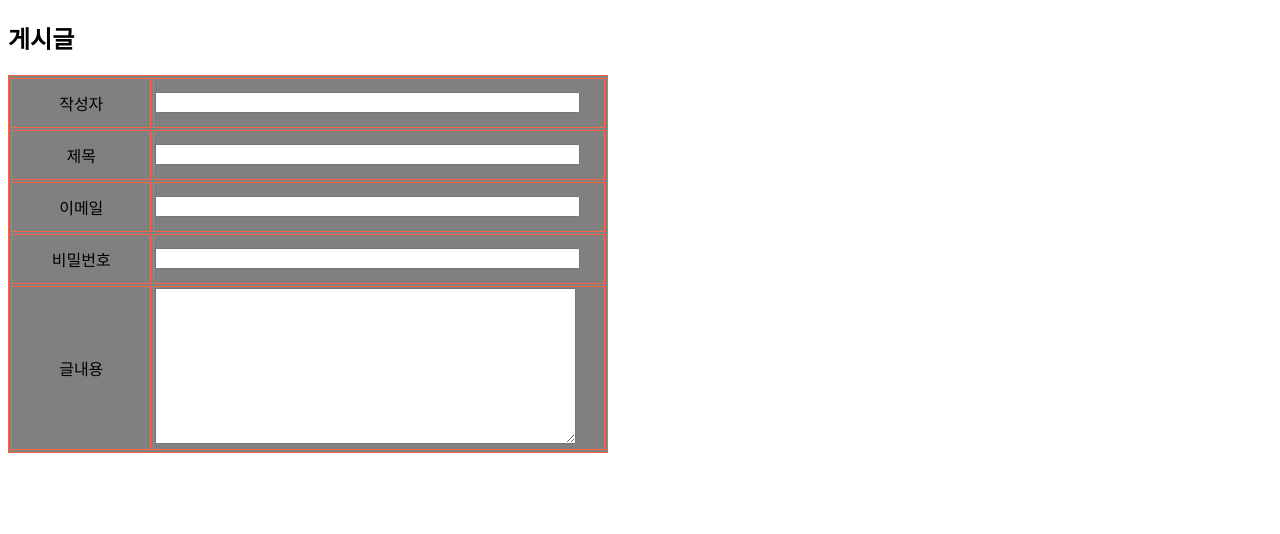
Repository: BartsimisraB/JavaPractice_
Page: http://localhost/A01_16_3/boardform.jsp
An editor plug-in stored every save of this project. The page is shown before and after the next save, followed by the edit.
The browser window is 1280 px wide. The pictures show the whole page.
The page is served by Tomcat 9. Other server files are loaded and not shown.

Above is the page before, as saved 2023-01-16 06:59:24.

### A01_16_3/src/main/webapp/boardform.jsp
<%@ page language="java" contentType="text/html; charset=UTF-8"
    pageEncoding="UTF-8"%>
<!DOCTYPE html>
<html>
<head>
<meta charset="UTF-8">
<title>Insert title here</title>
</head>
<body>
<h2>게시글</h2>
<form action="boardwriteform.jsp" method="post">
	<table width="600" border="1" bordercolor="tomato" bgcolor="gray">
		<tr height="50">
			<td width="150" align="center">작성자</td>
			<td width="450"><input type="text" name="writer" size="50"></td>
		</tr>
		<tr height="50">
			<td width="150" align="center">제목</td>
			<td width="450"><input type="text" name="subject" size="50"></td>
		</tr>
		<tr height="50">
			<td width="150" align="center">이메일</td>
			<td width="450"><input type="email" name="email" size="50"></td>
		</tr>
		<tr height="50">
			<td width="150" align="center">비밀번호</td>
			<td width="450"><input type="password" name="password" size="50"></td>
		</tr>
		<tr height="50">
			<td width="150" align="center">글내용</td>
			<td width="450">
				<textarea rows="10" cols="50" name="content" size="60"></textarea>
			</td>
		</tr>
	</table>
</form>
</body>
</html>

After the next save:
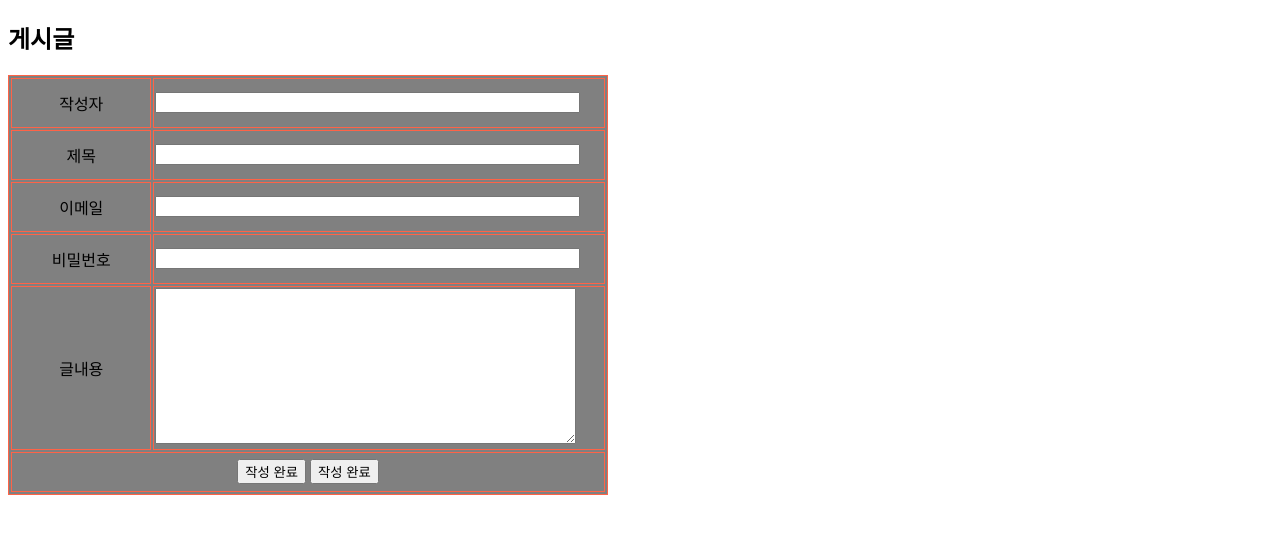
Saved 76 s later.
--- a/A01_16_3/src/main/webapp/boardform.jsp
+++ b/A01_16_3/src/main/webapp/boardform.jsp
@@ -1,5 +1,5 @@
 <%@ page language="java" contentType="text/html; charset=UTF-8"
-    pageEncoding="UTF-8"%>
+	pageEncoding="UTF-8"%>
 <!DOCTYPE html>
 <html>
 <head>
@@ -7,32 +7,36 @@
 <title>Insert title here</title>
 </head>
 <body>
-<h2>게시글</h2>
-<form action="boardwriteform.jsp" method="post">
-	<table width="600" border="1" bordercolor="tomato" bgcolor="gray">
-		<tr height="50">
-			<td width="150" align="center">작성자</td>
-			<td width="450"><input type="text" name="writer" size="50"></td>
-		</tr>
-		<tr height="50">
-			<td width="150" align="center">제목</td>
-			<td width="450"><input type="text" name="subject" size="50"></td>
-		</tr>
-		<tr height="50">
-			<td width="150" align="center">이메일</td>
-			<td width="450"><input type="email" name="email" size="50"></td>
-		</tr>
-		<tr height="50">
-			<td width="150" align="center">비밀번호</td>
-			<td width="450"><input type="password" name="password" size="50"></td>
-		</tr>
-		<tr height="50">
-			<td width="150" align="center">글내용</td>
-			<td width="450">
-				<textarea rows="10" cols="50" name="content" size="60"></textarea>
-			</td>
-		</tr>
-	</table>
-</form>
+	<h2>게시글</h2>
+	<form action="boardwriteform.jsp" method="post">
+		<table width="600" border="1" bordercolor="tomato" bgcolor="gray">
+			<tr height="50">
+				<td width="150" align="center">작성자</td>
+				<td width="450"><input type="text" name="writer" size="50"></td>
+			</tr>
+			<tr height="50">
+				<td width="150" align="center">제목</td>
+				<td width="450"><input type="text" name="subject" size="50"></td>
+			</tr>
+			<tr height="50">
+				<td width="150" align="center">이메일</td>
+				<td width="450"><input type="email" name="email" size="50"></td>
+			</tr>
+			<tr height="50">
+				<td width="150" align="center">비밀번호</td>
+				<td width="450"><input type="password" name="password"
+					size="50"></td>
+			</tr>
+			<tr height="50">
+				<td width="150" align="center">글내용</td>
+				<td width="450"><textarea rows="10" cols="50" name="content"
+						size="60"></textarea></td>
+			</tr>
+			<tr height="40">
+				<td align="center" colspan="2"><input type="submit"
+					value="작성 완료"> <input type="submit" value="작성 완료">
+				</td>
+		</table>
+	</form>
 </body>
 </html>
